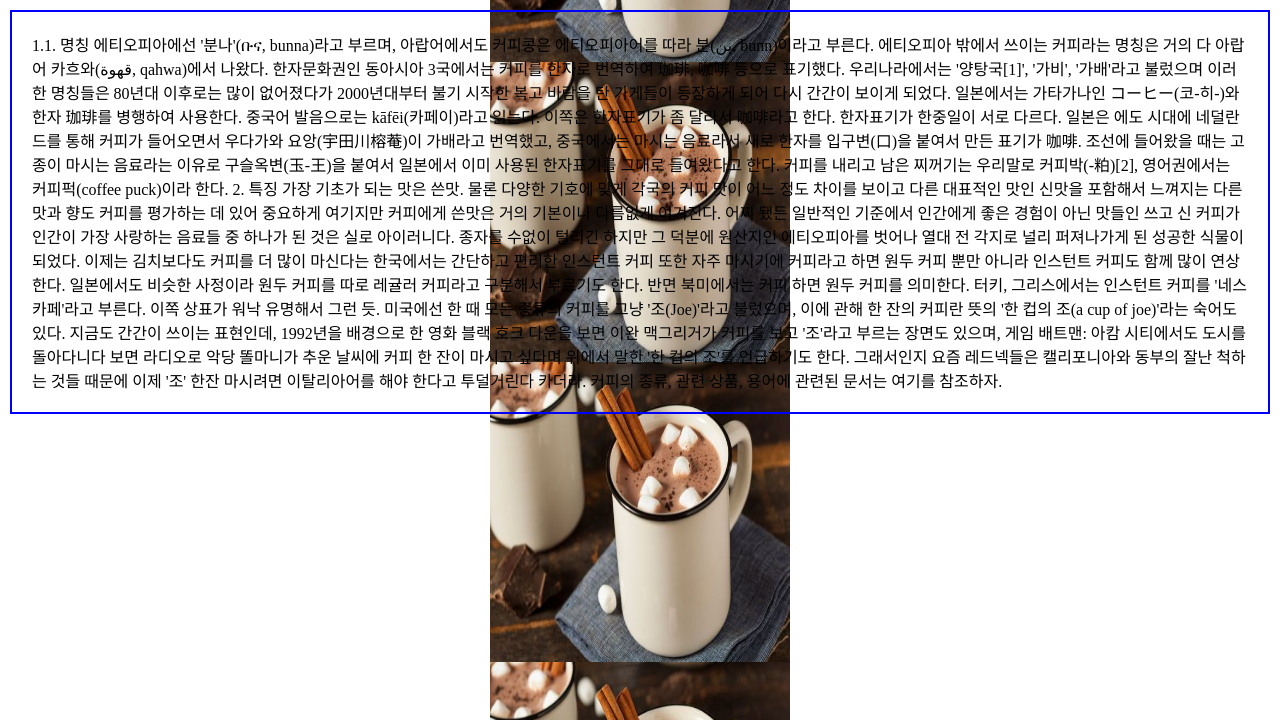
Repository: yul3220/WebProgrammingLecture
Page: webpro/WebContent/2021-01-08/백그라운드이미지.html
These files come from the project's save history. The page is drawn as it stood at one moment and after the next save; the edit follows.
The browser window is 1280 px wide. The pictures show the whole page.

Above is the page before, as saved 2021-01-08 03:06:20.

### webpro/WebContent/2021-01-08/백그라운드이미지.html
<!DOCTYPE html>
<html>
<head>
<meta charset="UTF-8">
<title>Insert title here</title>
<style>
body{
	border : 2px solid blue;
	margin : 10px;
	padding : 20px;
	/*border : solid; ==> style만 필수이고, 픽셀크기와 색깔은 선택사항*/

	background : url(../images/핫초코.jpg);
	background-repeat : repeat-y;
	background-size : 300px 300px;
	background-position: center center;

	/*no-repeat : 반복x
		repeat-x : x축으로 반복 하라는 뜻
	  repeat-y : y축으로 반복 하라는 뜻*/
}
</style>
</head>
<body>
1.1. 명칭
에티오피아에선 '분나'(ቡና, bunna)라고 부르며,
아랍어에서도 커피콩은 에티오피아어를 따라 분(بن, bunn)이라고 부른다.
에티오피아 밖에서 쓰이는 커피라는 명칭은 거의 다 아랍어 카흐와(قهوة, qahwa)에서 나왔다.
한자문화권인 동아시아 3국에서는 커피를 한자로 번역하여 珈琲, 咖啡 등으로 표기했다.
우리나라에서는 '양탕국[1]', '가비', '가배'라고 불렀으며
이러한 명칭들은 80년대 이후로는 많이 없어졌다가
2000년대부터 불기 시작한 복고 바람을 탄 가게들이 등장하게 되어 다시 간간이 보이게 되었다.
일본에서는 가타가나인 コーヒー(코-히-)와 한자 珈琲를 병행하여 사용한다.
 중국어 발음으로는 kāfēi(카페이)라고 읽는다. 이쪽은 한자표기가 좀 달라서 咖啡라고 한다.
한자표기가 한중일이 서로 다르다.
 일본은 에도 시대에 네덜란드를 통해 커피가 들어오면서
 우다가와 요앙(宇田川榕菴)이 가배라고 번역했고,
 중국에서는 마시는 음료라서 새로 한자를 입구변(口)을 붙여서 만든 표기가 咖啡.
  조선에 들어왔을 때는 고종이 마시는 음료라는 이유로 구슬옥변(玉-王)을 붙여서
   일본에서 이미 사용된 한자표기를 그대로 들여왔다고 한다.
커피를 내리고 남은 찌꺼기는 우리말로 커피박(-粕)[2],
영어권에서는 커피퍽(coffee puck)이라 한다.
2. 특징
가장 기초가 되는 맛은 쓴맛.
물론 다양한 기호에 맞게 각국의 커피 맛이 어느 정도 차이를 보이고
 다른 대표적인 맛인 신맛을 포함해서 느껴지는 다른 맛과 향도 커피를 평가하는 데 있어 중요하게 여기지만
 커피에게 쓴맛은 거의 기본이나 다름없게 여겨진다.
 어찌 됐든 일반적인 기준에서 인간에게 좋은 경험이 아닌 맛들인 쓰고 신 커피가
 인간이 가장 사랑하는 음료들 중 하나가 된 것은 실로 아이러니다.
  종자를 수없이 털리긴 하지만 그 덕분에 원산지인 에티오피아를 벗어나
  열대 전 각지로 널리 퍼져나가게 된 성공한 식물이 되었다.
이제는 김치보다도 커피를 더 많이 마신다는 한국에서는 간단하고 편리한 인스턴트 커피
 또한 자주 마시기에 커피라고 하면 원두 커피 뿐만 아니라 인스턴트 커피도 함께 많이 연상한다.
 일본에서도 비슷한 사정이라 원두 커피를 따로 레귤러 커피라고 구분해서 부르기도 한다.
  반면 북미에서는 커피 하면 원두 커피를 의미한다.
  터키, 그리스에서는 인스턴트 커피를 '네스카페'라고 부른다. 이쪽 상표가 워낙 유명해서 그런 듯.
미국에선 한 때 모든 종류의 커피를 그냥 '조(Joe)'라고 불렀으며,
 이에 관해 한 잔의 커피란 뜻의 '한 컵의 조(a cup of joe)'라는 숙어도 있다.
  지금도 간간이 쓰이는 표현인데, 1992년을 배경으로 한 영화 블랙 호크 다운을 보면
이완 맥그리거가 커피를 보고 '조'라고 부르는 장면도 있으며,
게임 배트맨: 아캄 시티에서도 도시를 돌아다니다 보면 라디오로 악당 똘마니가
추운 날씨에 커피 한 잔이 마시고 싶다며 위에서 말한 '한 컵의 조'를 언급하기도 한다.
 그래서인지 요즘 레드넥들은 캘리포니아와 동부의 잘난 척하는 것들 때문에
이제 '조' 한잔 마시려면 이탈리아어를 해야 한다고 투덜거린다 카더라.
커피의 종류, 관련 상품, 용어에 관련된 문서는 여기를 참조하자.
</body>
</html>

After the next save:
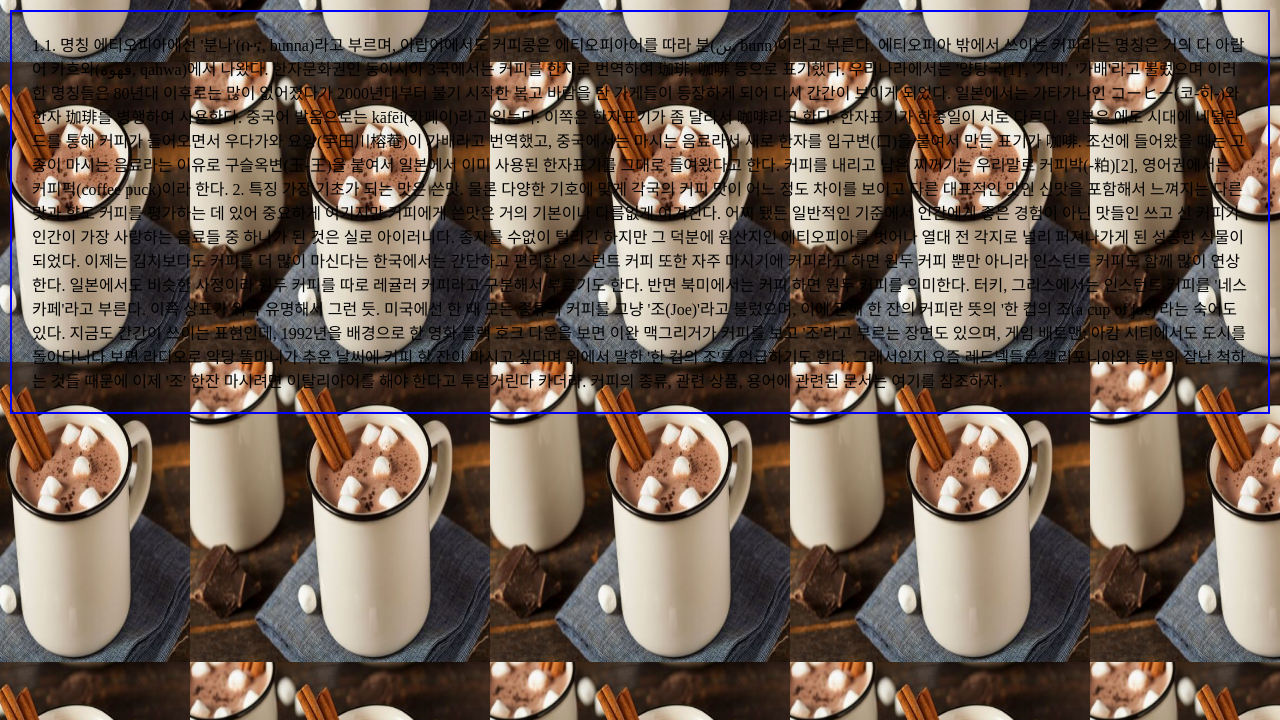
Saved 11 s later.
--- a/webpro/WebContent/2021-01-08/백그라운드이미지.html
+++ b/webpro/WebContent/2021-01-08/백그라운드이미지.html
@@ -11,7 +11,7 @@
 	/*border : solid; ==> style만 필수이고, 픽셀크기와 색깔은 선택사항*/
 
 	background : url(../images/핫초코.jpg);
-	background-repeat : repeat-y;
+	background-repeat : repeat-y repeat-x;
 	background-size : 300px 300px;
 	background-position: center center;
 

After the save that followed:
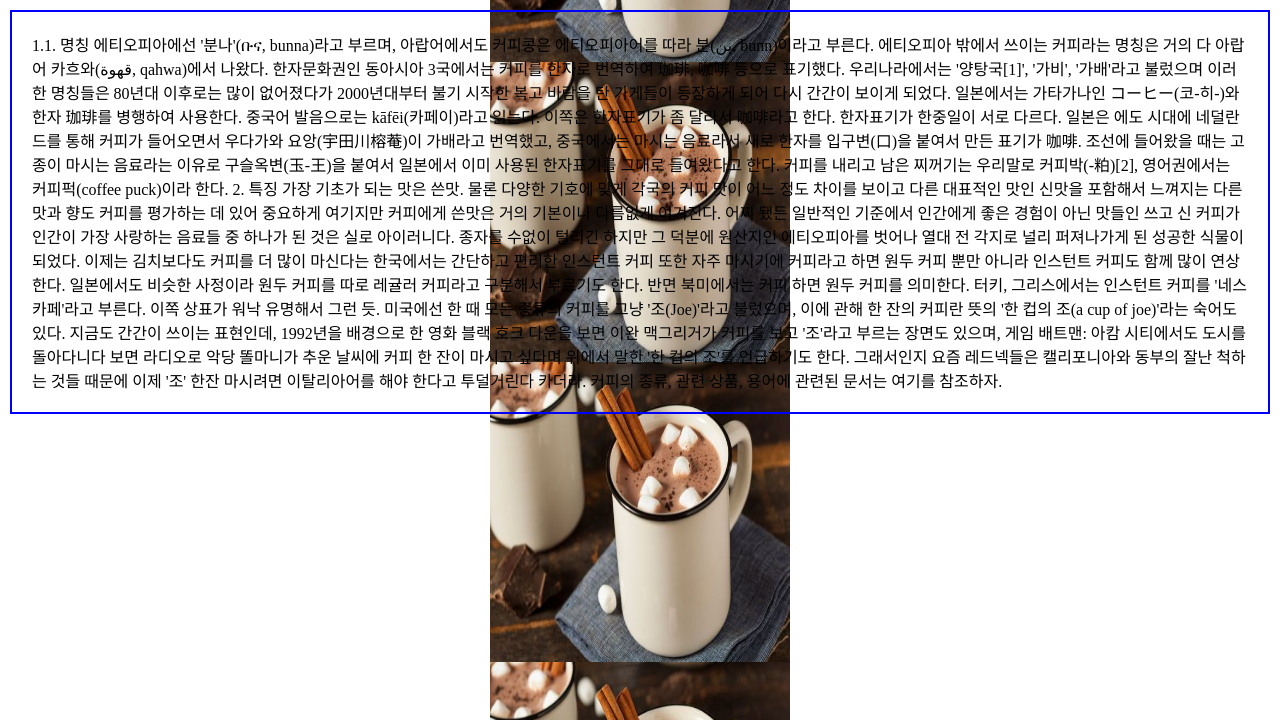
Saved 9 s later.
--- a/webpro/WebContent/2021-01-08/백그라운드이미지.html
+++ b/webpro/WebContent/2021-01-08/백그라운드이미지.html
@@ -11,7 +11,7 @@
 	/*border : solid; ==> style만 필수이고, 픽셀크기와 색깔은 선택사항*/
 
 	background : url(../images/핫초코.jpg);
-	background-repeat : repeat-y repeat-x;
+	background-repeat : repeat-y;
 	background-size : 300px 300px;
 	background-position: center center;
 
